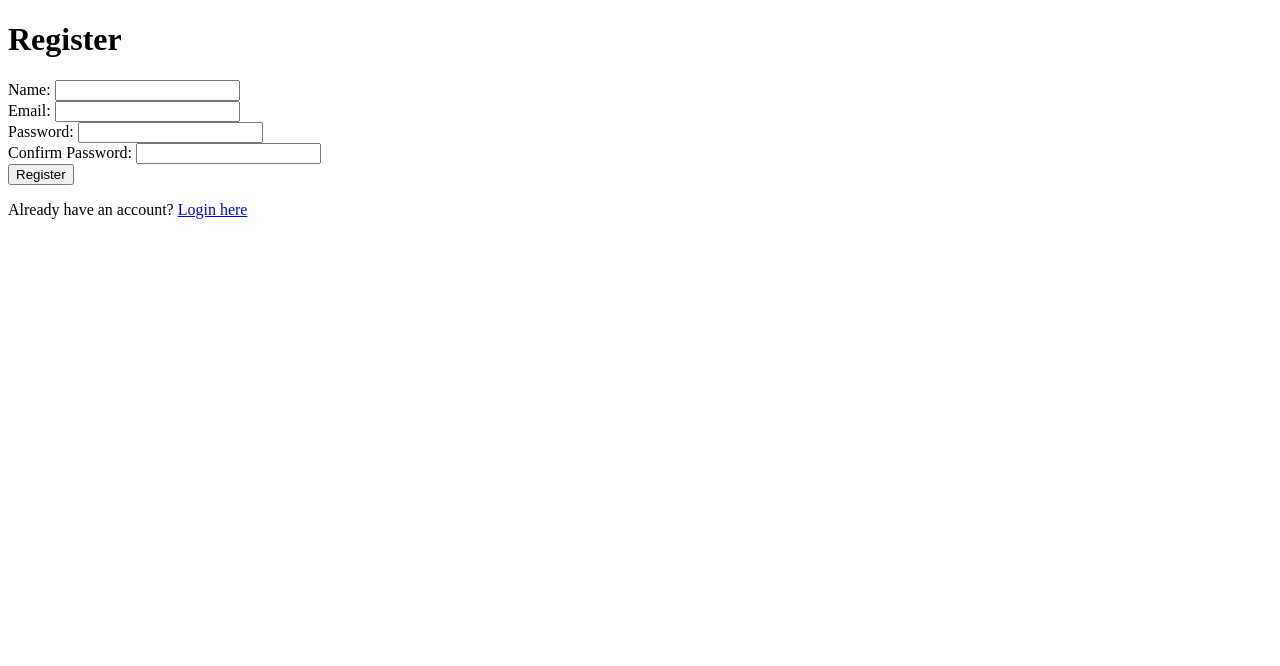
Repository: daffa-alif/team-kobar
Page: http://localhost/register
An editor plug-in stored every save of this project. The page is shown before and after the next save, followed by the edit.
The browser window is 1280 px wide. The pictures show the whole page.
The page is served by the project's Laravel application, run on PHP 8.4 with Laravel 12.

Above is the page before, as saved 2024-11-07 14:24:49.

After the next save:
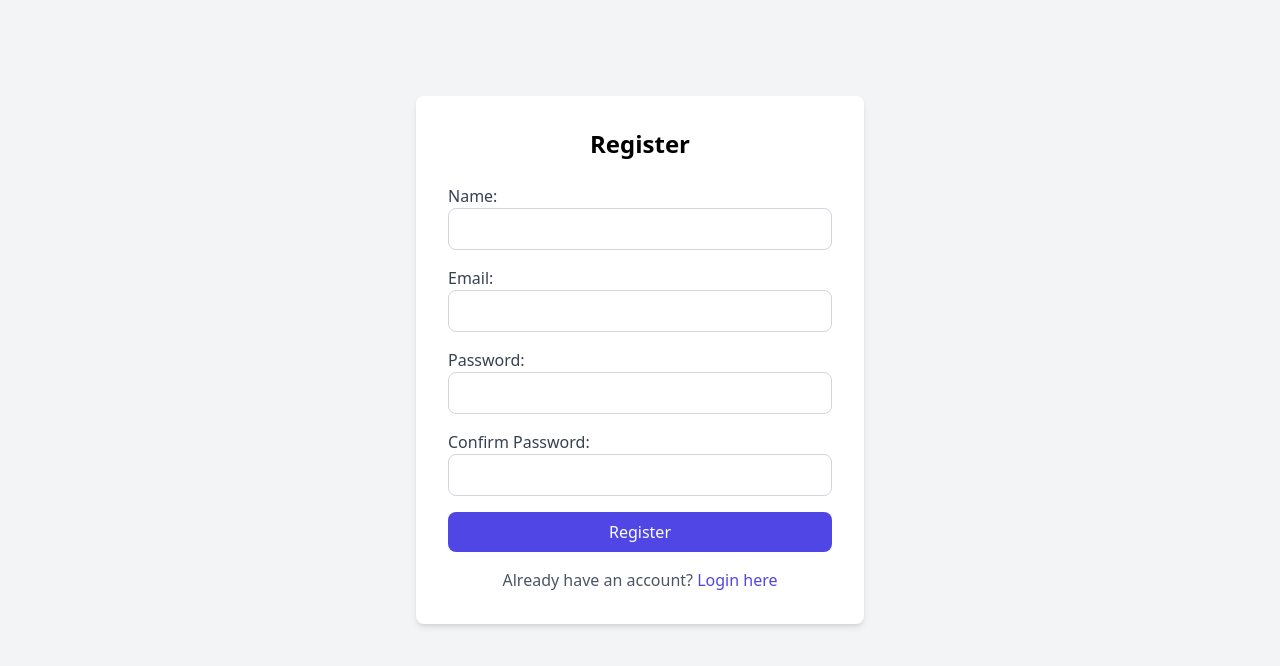
Saved 77 min 6 s later.
--- a/resources/views/Auth/register.blade.php
+++ b/resources/views/Auth/register.blade.php
@@ -1,30 +1,39 @@
 <!DOCTYPE html>
-<html>
+<html lang="en">
 <head>
+    <meta charset="UTF-8">
+    <meta name="viewport" content="width=device-width, initial-scale=1.0">
     <title>Register</title>
+    <link href="https://cdn.jsdelivr.net/npm/tailwindcss@2.2.19/dist/tailwind.min.css" rel="stylesheet">
 </head>
-<body>
-    <h1>Register</h1>
-    <form action="{{ route('register') }}" method="POST" enctype="multipart/form-data">
-        @csrf
-        <div>
-            <label>Name:</label>
-            <input type="text" name="name" required>
-        </div>
-        <div>
-            <label>Email:</label>
-            <input type="email" name="email" required>
-        </div>
-        <div>
-            <label>Password:</label>
-            <input type="password" name="password" required>
-        </div>
-        <div>
-            <label>Confirm Password:</label>
-            <input type="password" name="password_confirmation" required>
-        </div>
-        <button type="submit">Register</button>
-    </form>
-    <p>Already have an account? <a href="{{ route('login') }}">Login here</a></p>
+<body class="bg-gray-100 flex items-center justify-center min-h-screen">
+
+    <div class="w-full max-w-md bg-white p-8 rounded-lg shadow-md">
+        <h1 class="text-2xl font-bold text-center mb-6">Register</h1>
+        <form action="{{ route('register') }}" method="POST" enctype="multipart/form-data" class="space-y-4">
+            @csrf
+            <div>
+                <label class="block font-medium text-gray-700">Name:</label>
+                <input type="text" name="name" required class="w-full px-4 py-2 border border-gray-300 rounded-lg focus:outline-none focus:ring focus:ring-indigo-200">
+            </div>
+            <div>
+                <label class="block font-medium text-gray-700">Email:</label>
+                <input type="email" name="email" required class="w-full px-4 py-2 border border-gray-300 rounded-lg focus:outline-none focus:ring focus:ring-indigo-200">
+            </div>
+            <div>
+                <label class="block font-medium text-gray-700">Password:</label>
+                <input type="password" name="password" required class="w-full px-4 py-2 border border-gray-300 rounded-lg focus:outline-none focus:ring focus:ring-indigo-200">
+            </div>
+            <div>
+                <label class="block font-medium text-gray-700">Confirm Password:</label>
+                <input type="password" name="password_confirmation" required class="w-full px-4 py-2 border border-gray-300 rounded-lg focus:outline-none focus:ring focus:ring-indigo-200">
+            </div>
+            <button type="submit" class="w-full bg-indigo-600 text-white py-2 rounded-lg hover:bg-indigo-700 focus:outline-none focus:ring focus:ring-indigo-200">Register</button>
+        </form>
+        <p class="mt-4 text-center text-gray-600">
+            Already have an account? <a href="{{ route('login') }}" class="text-indigo-600 hover:underline">Login here</a>
+        </p>
+    </div>
+
 </body>
 </html>

After the save that followed:
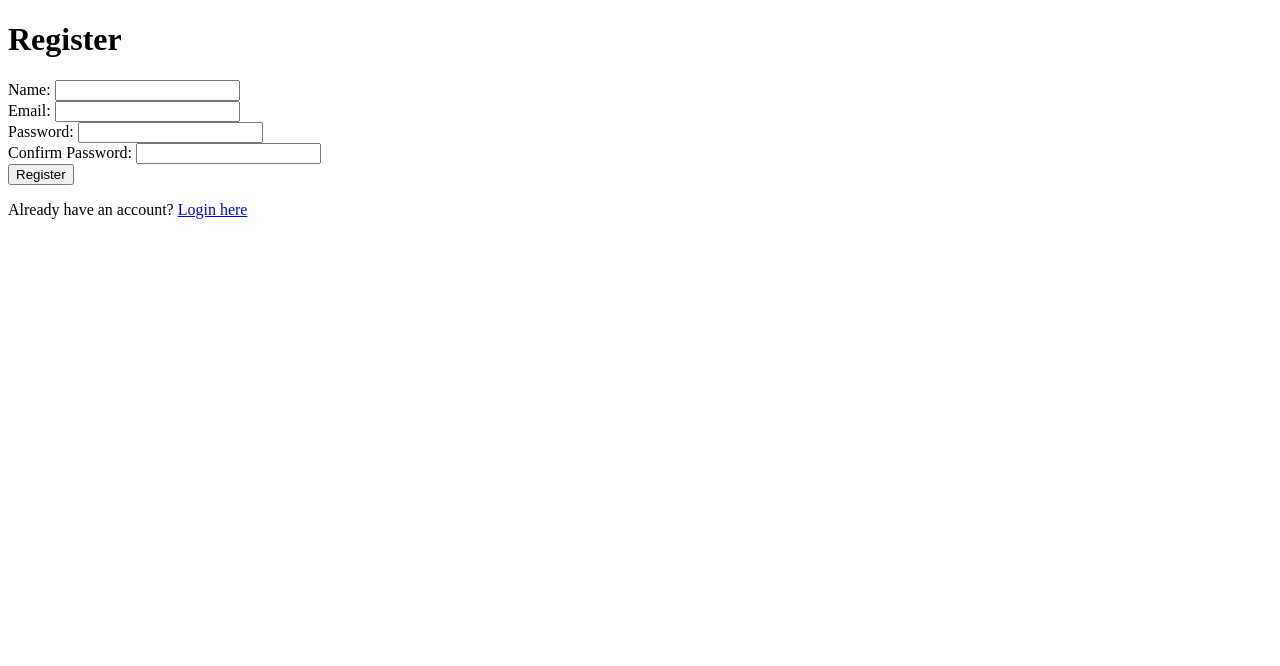
Saved 3 min 11 s later.
--- a/resources/views/Auth/register.blade.php
+++ b/resources/views/Auth/register.blade.php
@@ -1,39 +1,30 @@
 <!DOCTYPE html>
-<html lang="en">
+<html>
 <head>
-    <meta charset="UTF-8">
-    <meta name="viewport" content="width=device-width, initial-scale=1.0">
     <title>Register</title>
-    <link href="https://cdn.jsdelivr.net/npm/tailwindcss@2.2.19/dist/tailwind.min.css" rel="stylesheet">
 </head>
-<body class="bg-gray-100 flex items-center justify-center min-h-screen">
-
-    <div class="w-full max-w-md bg-white p-8 rounded-lg shadow-md">
-        <h1 class="text-2xl font-bold text-center mb-6">Register</h1>
-        <form action="{{ route('register') }}" method="POST" enctype="multipart/form-data" class="space-y-4">
-            @csrf
-            <div>
-                <label class="block font-medium text-gray-700">Name:</label>
-                <input type="text" name="name" required class="w-full px-4 py-2 border border-gray-300 rounded-lg focus:outline-none focus:ring focus:ring-indigo-200">
-            </div>
-            <div>
-                <label class="block font-medium text-gray-700">Email:</label>
-                <input type="email" name="email" required class="w-full px-4 py-2 border border-gray-300 rounded-lg focus:outline-none focus:ring focus:ring-indigo-200">
-            </div>
-            <div>
-                <label class="block font-medium text-gray-700">Password:</label>
-                <input type="password" name="password" required class="w-full px-4 py-2 border border-gray-300 rounded-lg focus:outline-none focus:ring focus:ring-indigo-200">
-            </div>
-            <div>
-                <label class="block font-medium text-gray-700">Confirm Password:</label>
-                <input type="password" name="password_confirmation" required class="w-full px-4 py-2 border border-gray-300 rounded-lg focus:outline-none focus:ring focus:ring-indigo-200">
-            </div>
-            <button type="submit" class="w-full bg-indigo-600 text-white py-2 rounded-lg hover:bg-indigo-700 focus:outline-none focus:ring focus:ring-indigo-200">Register</button>
-        </form>
-        <p class="mt-4 text-center text-gray-600">
-            Already have an account? <a href="{{ route('login') }}" class="text-indigo-600 hover:underline">Login here</a>
-        </p>
-    </div>
-
+<body>
+    <h1>Register</h1>
+    <form action="{{ route('register') }}" method="POST" enctype="multipart/form-data">
+        @csrf
+        <div>
+            <label>Name:</label>
+            <input type="text" name="name" required>
+        </div>
+        <div>
+            <label>Email:</label>
+            <input type="email" name="email" required>
+        </div>
+        <div>
+            <label>Password:</label>
+            <input type="password" name="password" required>
+        </div>
+        <div>
+            <label>Confirm Password:</label>
+            <input type="password" name="password_confirmation" required>
+        </div>
+        <button type="submit">Register</button>
+    </form>
+    <p>Already have an account? <a href="{{ route('login') }}">Login here</a></p>
 </body>
 </html>
